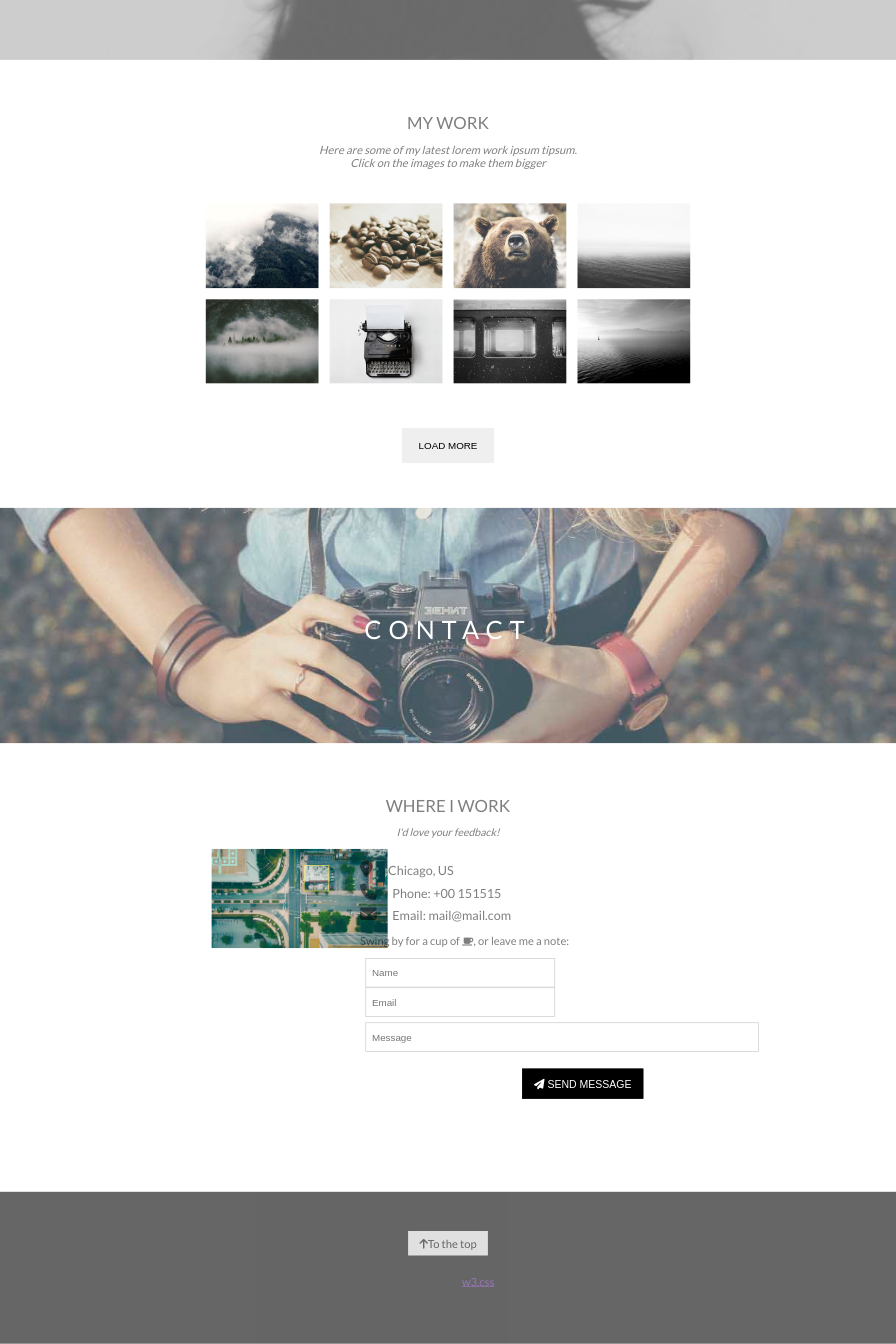
Repository: xd25vn/project-error
Page: index.html
The author's editor kept a copy of each file at every save. The page is drawn from the files as they stood at one save, then again after the next save.
The browser window is 1280 px wide. The pictures show the part of the page from y = 2201 to 4121 px (the page is 4121 px tall), at 70% of full size.
The pointer rests on the first visible `#footer`.

Above is the page before, as saved 2023-09-03 19:44:03.

### index.html
<html lang="en">
<head>
    <meta charset="UTF-8">
    <meta name="viewport" content="width=device-width, initial-scale=1.0">
    <title>TEMPLATE PARALLAX</title>
    <link rel="stylesheet" href="./assets/base.css">
    <link rel="stylesheet" href="./assets/main.css">
    <link rel="stylesheet" href="https://fonts.googleapis.com/css?family=Lato">
    <link rel="stylesheet" href="./assets/font/fontawesome-free-6.4.0-web/fontawesome-free-6.4.0-web/css/all.min.css">
</head>
<body>
    <!--! HEADER -->
    <header>
        <!--? NAV -->
        <ul id="nav">
            <li><a href="#">Home</a></li>
            <li><a href="#"><i class="fa-solid fa-user"></i>About</a></li>
            <li><a href="#"><i class="fa fa-th"></i>Portfolio</a></li>
            <li><a href="#"><i class="fa-solid fa-envelope"></i>contact</a></li>
        </ul>
        <div class="nav-icon-search">
            <i class="fa-solid fa-magnifying-glass"></i>
        </div>
        <!--? NAV -->
    </header>
    <!--! HEADER -->
    <!--& SIDEBAR -->
    <div id="sidebar">
        <div class="sidebar-img-one"></div>
        <div class="sidebar-text-one">
            <span>MY WEBSITE LOGO</span>
        </div>
    </div>
    <!-- & SIDEBAR -->
    <div id="content">
        <div id="about">
            <h3 class="heading-section">ABOUT ME</h3>
            <p class="sub-heading-section">I love photography</p>
            <p class="about-section">We have created a fictional "personal" website/blog, and our fictional character is a hobby photographer. Lorem ipsum dolor sit amet, consectetur adipiscing elit, sed do eiusmod tempor incididunt ut labore et dolore magna aliqua. Ut enim ad minim veniam, quis nostrud exercitation ullamco laboris nisi ut aliquip ex ea commodo consequat. Duis aute irure dolor in reprehenderit in voluptate velit esse cillum dolore eu fugiat nulla pariatur. Excepteur sint occaecat cupidatat non proident, sunt in culpa qui officia deserunt mollit anim id est laborum consectetur adipiscing elit, sed do eiusmod tempor incididunt ut labore et dolore magna aliqua. Ut enim ad minim veniam, quis nostrud exercitation ullamco laboris nisi ut aliquip ex ea commodo consequat.</p>

            <div id="per-dec-one">
                <div class="per-img-one">
                    <div class="heading-per-one">
                        <b><i class="fa fa-user w3-margin-right"></i>My Name</b>
                    </div>
                    <br>
                    <div class="per-img">
                        <img src="./assets/image/per-dec-img/avatar_hat.jpg" alt="AVATER HAT">
                    </div>
                </div>

                <div class="per-text-one">
                    <p>Welcome to my website. I am lorem ipsum consectetur adipiscing elit, sed do eiusmod tempor incididunt ut labore et dolore magna aliqua. Ut enim ad minim veniam, quis nostrud exercitation ullamco laboris nisi ut aliquip ex ea commodo consequat. Duis aute irure dolor in reprehenderit in voluptate velit esse cillum dolore eu fugiat nulla pariatur. Excepteur sint occaecat cupidatat non proident, sunt in culpa qui officia deserunt mollit anim id est laborum consectetur adipiscing elit, sed do eiusmod tempor incididunt ut labore et dolore magna aliqua. Ut enim ad minim veniam, quis nostrud exercitation ullamco laboris nisi ut aliquip ex ea commodo consequat.</p>
                </div>
            </div>

            <div class="rate">
                <div class="rate-heading-one">
                        <p>Im really good at:</p>
                </div>
                <div class="wrapper-rate">
                    <div class="rate-section">
                        <div class="rate-section-text-one">
                            <p><i class="fa-solid fa-camera"></i>Photography</p>
                        </div>
                        <div class="rate-section-bg">
                            <div class="rate-section-sub-bg-one">
                                <p>90%</p>
                            </div>
                        </div>
                    </div>

                    <div class="rate-section">
                        <div class="rate-section-text-one">
                            <p><i class="fa-sharp fa-solid fa-desktop"></i>Web Design</p>
                        </div>
                        <div class="rate-section-bg">
                            <div class="rate-section-sub-bg-two">
                                <p>85%</p>
                            </div>
                        </div>
                    </div>

                    <div class="rate-section">
                        <div class="rate-section-text-one">
                            <p><i class="fa-solid fa-image"></i>Photoshop</p>
                        </div>
                        <div class="rate-section-bg">
                            <div class="rate-section-sub-bg-three">
                                <p>75%</p>
                            </div>
                        </div>
                    </div>
                </div>
            </div>
        </div>

        <div class="sum-number">
            <div class="value-section">
                <p class="heading-value">14+</p><br>
                <p>Partners</p>
            </div>

            <div class="value-section">
                <p class="heading-value">55+</p><br>
                <p>Projects Done</p>
            </div>

            <div class="value-section">
                <p class="heading-value">89+</p><br>
                <p>Happy Clients</p>
            </div>

            <div class="value-section">
                <p class="heading-value">150+</p><br>
                <p>Meetings</p>
            </div>
        </div>

        <div class="portfolio">
            <div class="heading-text">
                <p>PORTFOLIO</p>
            </div>
        </div>

        <div id="my-work">
            <div class="heading-work-one">
                <h3>MY WORK</h3>
            </div>

            <div class="sub-heading-work-one">
                <p>Here are some of my latest lorem work ipsum tipsum.<br>
                    Click on the images to make them bigger</p>
            </div>
            <br>
            <div class="work-list-img">
                <div class="work-list-img-one">
                    <div class="work-img-com">
                        <img src="./assets/image/work-list-img/p1.jpg" style="width: 100%;" alt="NONE">
                    </div>

                    <div class="work-img-com">
                        <img src="./assets/image/work-list-img/p2.jpg" style="width: 100%;" alt="NONE">
                    </div>

                    <div class="work-img-com">
                        <img src="./assets/image/work-list-img/p3.jpg" style="width: 100%;" alt="NONE">
                    </div>

                    <div class="work-img-com">
                        <img src="./assets/image/work-list-img/p4.jpg" style="width: 100%;" alt="NONE">
                    </div>
                </div>
                <div class="work-list-img-two">
                    <div class="work-img-com">
                        <img src="./assets/image/work-list-img/p5.jpg" style="width: 100%;" alt="NONE">
                    </div>

                    <div class="work-img-com">
                        <img src="./assets/image/work-list-img/p6.jpg" style="width: 100%;" alt="NONE">
                    </div>

                    <div class="work-img-com">
                        <img src="./assets/image/work-list-img/p7.jpg" style="width: 100%;" alt="NONE">
                    </div>

                    <div class="work-img-com">
                        <img src="./assets/image/work-list-img/p8.jpg" style="width: 100%;" alt="NONE">
                    </div>
                </div>
                <div class="work-btn">
                    <button>LOAD MORE</button>
                </div>
            </div>
        </div>

        <div id="contact">
            <p>CONTACT</p>
        </div>

        <div id="map-work">
            <div class="heading-map">
                <h3>WHERE I WORK</h3>
            </div>
            <div class="sub-heading-map">
                <p>I'd love your feedback!</p>
            </div>

            <div class="inf-map">
                <div class="map-img">
                    <img src="./assets/image/map.jpg" alt="MAP">
                </div>

                <div class="information-control">
                    <div class="inf-hotline">
                        <p><i class="fa-sharp fa-solid fa-location-dot"></i>Chicago, US</p>
                        <p><i class="fa-solid fa-phone phone-inf"></i>Phone: +00 151515</p>
                        <p><i class="fa-solid fa-envelope"></i>Email: mail@mail.com</p>
                    </div>
                    <p class="inf-note">Swing by for a cup of <i class="fa fa-coffee"></i>, or leave me a note:</p>
                    <div class="form-input">
                        <div class="form-control-50">
                            <div class="form-control">
                                <input type="text" placeholder="Name">
                            </div>

                            <div class="form-control">
                                <input type="email" placeholder="Email">
                            </div>
                        </div>

                        <div class="form-control-100">
                            <input type="text" placeholder="Message">
                        </div>
                    </div>
                </div>
            </div>
            <button class="btn-mess"><i class="fa fa-paper-plane"></i>SEND MESSAGE</button>
        </div>
    </div>

    <footer id="footer">
        <a class="btn-foot"><i class="fa fa-arrow-up w3-margin-right"></i>To the top</a>
        <div class="icon-foot">
            <i class="fa-brands fa-square-facebook"></i>
            <i class="fa-brands fa-square-instagram"></i>
            <i class="fa-brands fa-square-snapchat"></i>
            <i class="fa-brands fa-square-pinterest"></i>
            <i class="fa-brands fa-square-twitter"></i>
            <i class="fa-brands fa-linkedin"></i>
            <div class="text-foot">
                <p>Powered by <a href="">w3.css</a></p>
            </div>
        </div>

    </footer>
</body>
</html>

### assets/base.css
* {
    margin: 0;
    padding: 0;
    box-sizing: border-box;
}
body {
    background-color: #fff;
    font-family: "Lato", sans-serif;
}

### assets/main.css
header {
    height: 43px;
    width: 100%;
    background-color: #fff;
    box-shadow: 0 0 10px rgba(0, 0, 0, 0.6);
    position: fixed;
    z-index: 1;
}

header #nav {
    display: flex;
    list-style: none;
    align-items: center;
    position: relative;
}

header #nav li {
    padding: 14px 16px;
    display: block;
}

header #nav li i {
    padding-right: 4px;
}

header
#nav
li a {
    text-decoration: none;
    color: #000;
    font-size: 15px;
    text-transform: uppercase;
}

header
#nav
li:hover {
    background: #ccc;
    cursor: pointer;
}

header
.nav-icon-search
i {
    position: absolute;
    top: 0;
    right: 0;
    padding: 14px 16px;
    text-align: center;
}

header .nav-icon-search:hover i {
    background-color: #f44336 !important;
    color: #fff;
    display: block;
    cursor: pointer;
}

#sidebar .sidebar-img-one {
    background: url(../assets/image/sidebar1.jpg) center / cover no-repeat;
    padding-top: calc(27% - 10.18px);
    opacity: 0.7;
    position: relative;
}

#sidebar .sidebar-text-one {
    background-color: #000 !important;
    position: absolute;
    padding: 12px 24px;
    left: 50%;
    transform: translateX(-50%);
    top: 23%;
    opacity: 0.8;
}

#sidebar .sidebar-text-one span {
    color: #fff;
    font-size: 24px;
    letter-spacing: 10;
}

#content #about {
    margin: 0px 270px;
    padding: 64px 16px;
}

#content #about .heading-section {
    margin: 10px 0px;
    font-size: 24px;
    font-weight: 400;
    text-align: center;
    opacity: 0.5;
}

#content #about .sub-heading-section {
    margin: 15px 0px;
    font-style: italic;
    text-align: center;
    opacity: 0.5;
}

#content #about .about-section {
    margin: 15px 0px;
    line-height: 1.8;
    opacity: 0.5;
}

#content #per-dec-one {
    display: flex;
}

#content #per-dec-one .per-img-one {
    padding: 12px 24px;
    text-align: center;
}

#content #per-dec-one .per-img-one .heading-per-one {
    margin: 15px 0px;
    font-size: 15px;
    opacity: 0.5;
}

#content #per-dec-one .per-img-one .heading-per-one i {
    padding-right: 8px;
}

#content #per-dec-one .per-img {
    width: 100%;
}

#content #per-dec-one .per-img img {
    height:  284px;
    width: 426px;
    opacity: 0.5;
}

#content #per-dec-one .per-img-one .per-img img:hover {
    opacity: 1;
}

#content #per-dec-one .per-text-one {
    margin: 15px 0;
    padding: 12px 24px;
    opacity: 0.5;
}

#content #per-dec-one .per-text-one p {
    line-height: 1.5;
}

#content .rate .rate-heading-one {
    margin: 18px 0px;
    padding: 16px 0px;
    text-align: center;
}

#content .rate .rate-heading-one p {
    font-size: 19px;
    opacity: 0.5;
}

.rate .rate-section .rate-section-text-one {
    margin: 15px 0;
}

.rate .rate-section .rate-section-text-one p {
    letter-spacing: 10px;
    font-size: 15px;
    opacity: 0.5;
}

.rate .rate-section .rate-section-bg {
    background-color: #f1f1f1;
    width: 100%;
}

.rate .rate-section .rate-section-bg .rate-section-sub-bg-one {
    background-color: #616161;
    width: 90%;
    padding: 6px 8px;
    text-align: center;
}

.rate .rate-section .rate-section-bg .rate-section-sub-bg-two {
    background-color: #616161;
    width: 85%;
    padding: 6px 8px;
    text-align: center;
}

.rate .rate-section .rate-section-bg .rate-section-sub-bg-three {
    background-color: #616161;
    width: 75%;
    padding: 6px 8px;
    text-align: center;
}

.rate .rate-section .rate-section-bg p {
    color: #fff;
}

#content .sum-number {
    display: flex;
    justify-content: space-evenly;
    background-color: #616161;
    padding: 16px 0px;
    text-align: center;
}

#content .sum-number .value-section {
    color: #fff;
    margin: 16px 0px;
}

#content .sum-number .value-section .heading-value {
    font-size: 24px;
}

#content .portfolio {
    background: url(../assets/image/parallax2.jpg) center / cover no-repeat;
    padding-top: 25%;
    width: 100%;
    opacity: 0.8;
    position: relative;
}

#content .portfolio .heading-text {
    position: absolute;
    top: 50%;
    left: 50%;
    transform: translateY(-50%);
    transform: translateX(-50%);
}

#content .portfolio .heading-text p {
    color: #fff;
    font-size: 36px;
    letter-spacing: 10px;
}

#content #my-work {
    margin: 0px 270px;
    padding: 64px 16px;
}

#content #my-work .heading-work-one {
    margin: 10px 0px;
    text-align: center;
}

#content #my-work .heading-work-one h3 {
    font-size: 24px;
    font-weight: 400;
    opacity: 0.5;
}

#content #my-work .sub-heading-work-one {
    text-align: center;
    margin: 15px 0px;
}

#content #my-work .sub-heading-work-one p {
    font-style: italic;
    opacity: 0.5;
}

#content #my-work .work-list-img .work-img-com {
    padding: 0px 8px;
    width: 25%;
}

#content #my-work .work-list-img .work-img-com:hover img {
    opacity: 0.7;
}

#content #my-work .work-list-img .work-list-img-one {
    display: inline-flex;
    margin-top: 15px;
}

#content #my-work .work-list-img .work-list-img-two {
    display: inline-flex;
    margin-top: 16px;
}

#content #my-work .work-btn {
    margin-top: 64px;
    text-align: center;
}

#content #my-work .work-btn button:hover {
    background-color: #ccc;
}

#content #my-work .work-btn button {
    padding: 17px 24px;
    border: none;
    cursor: pointer;
    font-size: 14px;
}

#content #contact {
    background: url(../assets/image/contact.jpg) center / cover no-repeat;
    width: 100%;
    padding-top: calc(27% - 10.18px);
    opacity: 0.8;
    position: relative;
}

#content #contact p {
    position: absolute;
    left: 50%;
    transform: translateX(-50%);
    top: 45%;
    letter-spacing: 10;
    font-size: 36px;
    color: white;
}

#content #map-work {
    margin: 0px 270px;
    padding: 64px 16px;
}

#content #map-work .heading-map {
    margin: 10px 0px;
    text-align: center;
}

#content #map-work .heading-map h3 {
    font-size: 24px;
    opacity: 0.5;
    font-weight: 400;
}

#content #map-work .sub-heading-map {
    margin: 15px 0px;
    text-align: center;
}

#content #map-work .sub-heading-map p {
    font-size: 15px;
    font-style: italic;
    opacity: 0.5;
}

#content #map-work .inf-map {
    display: flex;
}


#content #map-work .inf-map .map-img {
    width: 30%;
}

#content #map-work .inf-map .map-img img {
    width: 284px;
    padding: 0px 16px;
    border-radius: 4px;
}

#content #map-work .inf-map .information-control {
    margin: 16px 0px;
    padding: 0px 16px;
    width: 70%;
}

#content #map-work .inf-map .inf-hotline i {
    margin-right: 22px;
    font-size: 24px;
}

#content #map-work .inf-map .inf-hotline p {
    font-size: 18px;
    opacity: 0.5;
}

#content #map-work .inf-map .inf-hotline .phone-inf {
    margin-top: 8px;
    margin-bottom: 8px;
}

#content #map-work .inf-map .inf-hotline {
    margin-bottom: 16px;
}

#content #map-work .inf-map .information-control .inf-note {
    margin: 15px 0px;
}

#content #map-work .inf-map .information-control .inf-note {
    opacity: 0.5;
}

#content #map-work .inf-map .information-control .inf-note i {
    font-size: 13px;
}

#content #map-work .inf-map .information-control .form-input {
    display: flex;
    flex-wrap: wrap;
}

#content #map-work .inf-map .information-control .form-input .form-control {
    padding: 0px 8px;
    display: inline-flex;
}

#content #map-work .inf-map .information-control .form-input .form-control input {
    padding: 12px 8px;
    border: 1px solid #ccc;
    width: 271px;
    font-size: 14px;
}

#content #map-work .inf-map .information-control .form-input .form-control-100 {
    margin-top: 8px;
    padding: 0px 8px;
}

#content #map-work .inf-map .information-control .form-input .form-control-100 input {
    padding: 12px 8px;
    border: 1px solid #ccc;
    width: 562px;
    font-size: 14px;
}


#content #map-work .btn-mess {
    float: right;
    margin-right: 75px;
    margin-top: 8px;
    padding: 12px 16px;
    border: 1px solid #000;
    background-color: #000;
    color: #fff;
    font-size: 15px;
}

#content #map-work .btn-mess:hover {
    background-color: #ccc;
    color: #000;
    border: 1px solid #ccc;
    cursor: pointer;
}

#content #map-work .btn-mess i {
    padding-right: 4px;
}

#footer {
    margin-top: 120px;
    background-color: #000;
    padding: 64px 0px;
    text-align: center;
    opacity: 0.6;
}

#footer:hover {
    background-color: #000 !important;
}

#footer .btn-foot {
    background-color: #ccc;
    color: #000;
    padding: 8px 16px;
}

#footer .icon-foot {
    margin: 16px 0px;
}

Loaded but not shown: assets/font/fontawesome-free-6.4.0-web/fontawesome-free-6.4.0-web/css/all.min.css (library)

After the next save:
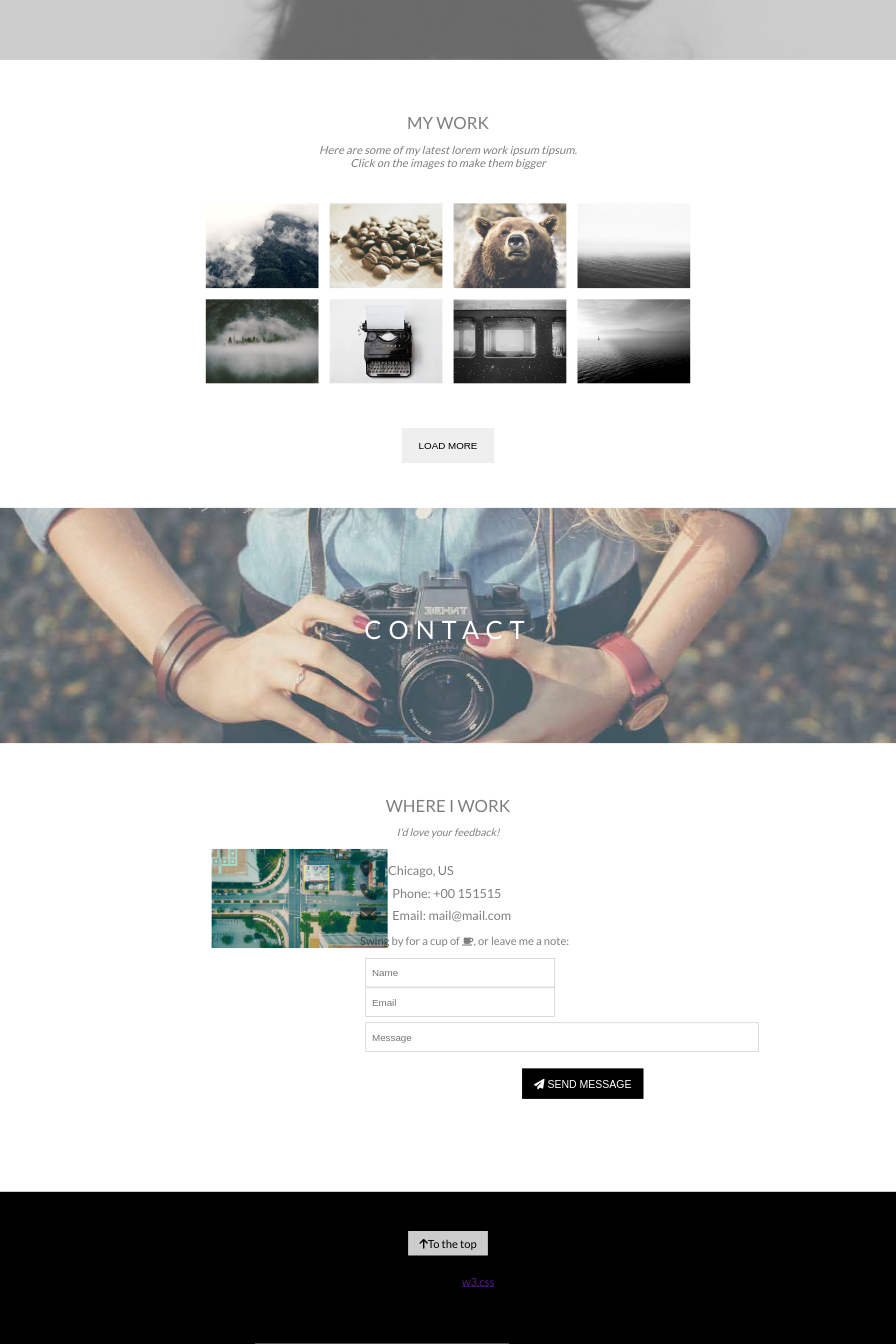
Saved 25 s later.
--- a/assets/main.css
+++ b/assets/main.css
@@ -457,7 +457,7 @@ header .nav-icon-search:hover i {
 }
 
 #footer:hover {
-    background-color: #000 !important;
+    opacity: 1; !important;
 }
 
 #footer .btn-foot {
